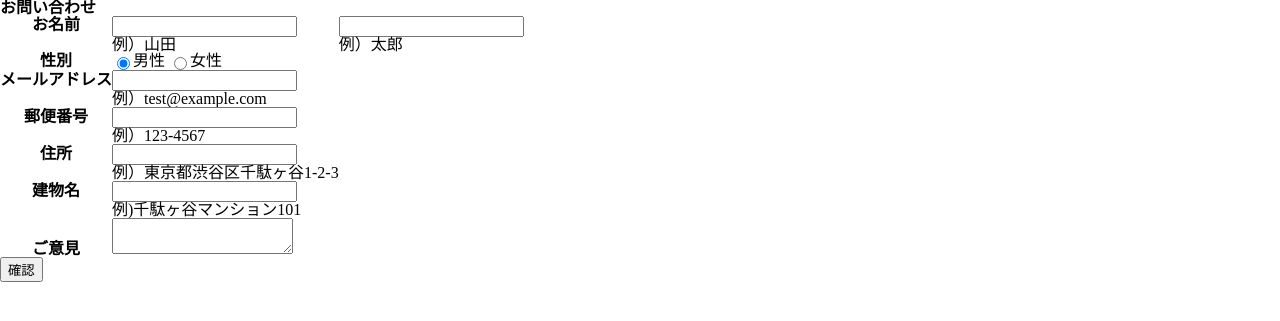
Repository: masanarimiura/20220723_miura_advance_test
Page: http://localhost/
These files come from the project's save history. The page is drawn as it stood at one moment and after a run of saves; the edit follows.
The browser window is 1280 px wide. The pictures show the whole page.
The page is served by the project's Laravel application, run on PHP 8.4 with Laravel 8.

Above is the page before, as saved 2022-07-18 23:20:55.

After the next 4 saves:
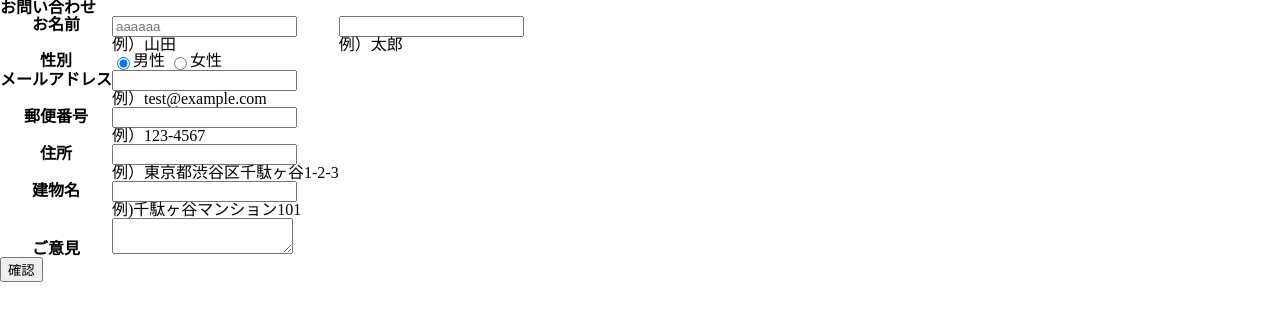
The 4 saves are shown as one change because they came seconds apart.
The last was saved 38 s later.
--- a/resources/views/index.blade.php
+++ b/resources/views/index.blade.php
@@ -115,7 +115,7 @@
       <tr>
         <th>お名前</th>
         <td>
-          <input type="text" name="data[last_name]" >
+          <input type="text" name="data[last_name]" placeholder="aaaaaa">
           <p class="example">例）山田</p>
         </td>
         <td>

After the save that followed:
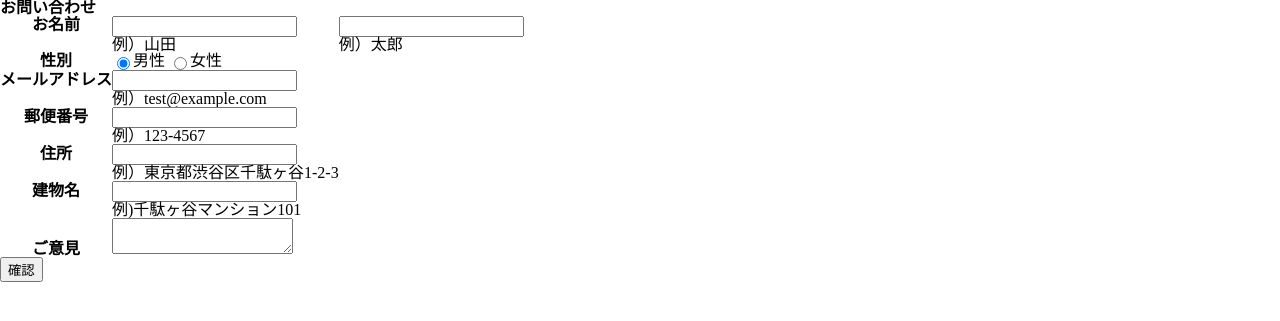
Saved 12 s later.
--- a/resources/views/index.blade.php
+++ b/resources/views/index.blade.php
@@ -115,7 +115,7 @@
       <tr>
         <th>お名前</th>
         <td>
-          <input type="text" name="data[last_name]" placeholder="aaaaaa">
+          <input type="text" name="data[last_name]" placeholder="">
           <p class="example">例）山田</p>
         </td>
         <td>
